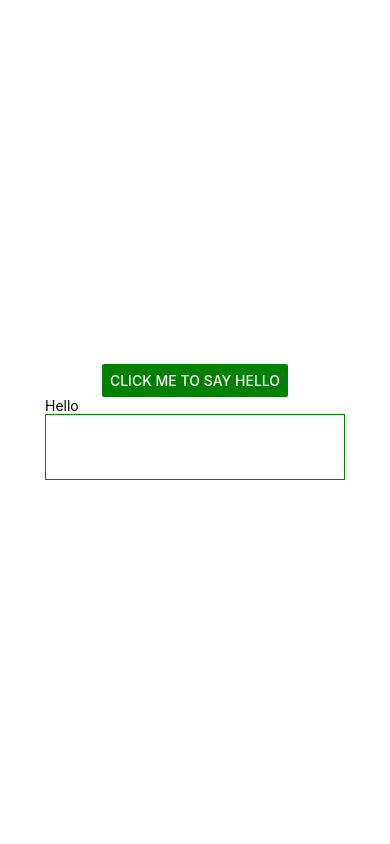
Repository: duongnoob23/WIND_SPEED_IOT
Screen: /Portfolio
An editor plug-in stored every save of this project. The screen is shown before and after the next save, followed by the edit.
The app was drawn by React Native's web renderer in a window 390 px wide. The project was rebuilt for these pictures with package versions that can differ from the ones it lists, and the page was loaded fresh each time.

Above is the screen before, as saved 2025-03-10 21:58:26.

### App.tsx
import { StatusBar } from "expo-status-bar";
import { useState } from "react";
import { StyleSheet, Text, View, Button, TextInput } from "react-native";

export default function App() {
  const [count, setCount] = useState<number>(0);
  const [name, setName] = useState<string>("");
  const handleIncrease = () => {
    setCount(count + 1);
  };

  console.log(">>> check count", count);
  return (
    <View style={css.frontEnd}>
      <StatusBar style="auto" />
      <Button
        title="Click me to say hello"
        onPress={handleIncrease}
        color="green"
      />
      <View>
        <Text>Hello {name}</Text>
        <TextInput
          multiline
          style={css.border}
          onChangeText={(e) => setName(e)}
          value={name}
          keyboardType="numeric"
        />
      </View>
    </View>
  );
}

const css = StyleSheet.create({
  frontEnd: {
    flex: 1,
    backgroundColor: "white",
    display: "flex",
    justifyContent: "center",
    alignItems: "center",
  },

  border: {
    borderColor: "green",
    borderWidth: 1,
    width: 300,
    padding: 15,
  },
});

### src/page/DashBoard/DashBoard.tsx
import { StyleSheet, Text, View, Button, TextInput } from "react-native";
const DashBoard = () => {
  return (
    <>
      <Text>Hello</Text>
    </>
  );
};

export default DashBoard;

After the next save:
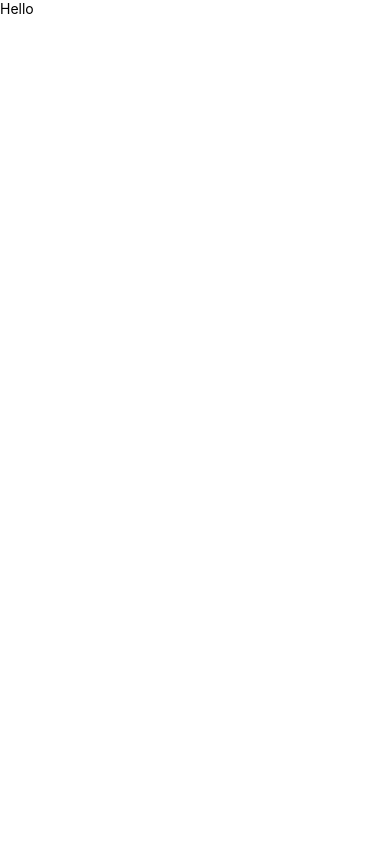
Saved 29 s later.
--- a/App.tsx
+++ b/App.tsx
@@ -1,6 +1,7 @@
 import { StatusBar } from "expo-status-bar";
 import { useState } from "react";
 import { StyleSheet, Text, View, Button, TextInput } from "react-native";
+import DashBoard from "./src/page/DashBoard/DashBoard";
 
 export default function App() {
   const [count, setCount] = useState<number>(0);
@@ -11,23 +12,26 @@
 
   console.log(">>> check count", count);
   return (
-    <View style={css.frontEnd}>
-      <StatusBar style="auto" />
-      <Button
-        title="Click me to say hello"
-        onPress={handleIncrease}
-        color="green"
-      />
-      <View>
-        <Text>Hello {name}</Text>
-        <TextInput
-          multiline
-          style={css.border}
-          onChangeText={(e) => setName(e)}
-          value={name}
-          keyboardType="numeric"
-        />
-      </View>
+    // <View style={css.frontEnd}>
+    //   <StatusBar style="auto" />
+    //   <Button
+    //     title="Click me to say hello"
+    //     onPress={handleIncrease}
+    //     color="green"
+    //   />
+    //   <View>
+    //     <Text>Hello {name}</Text>
+    //     <TextInput
+    //       multiline
+    //       style={css.border}
+    //       onChangeText={(e) => setName(e)}
+    //       value={name}
+    //       keyboardType="numeric"
+    //     />
+    //   </View>
+    // </View>
+    <View>
+      <DashBoard />
     </View>
   );
 }

After the save that followed:
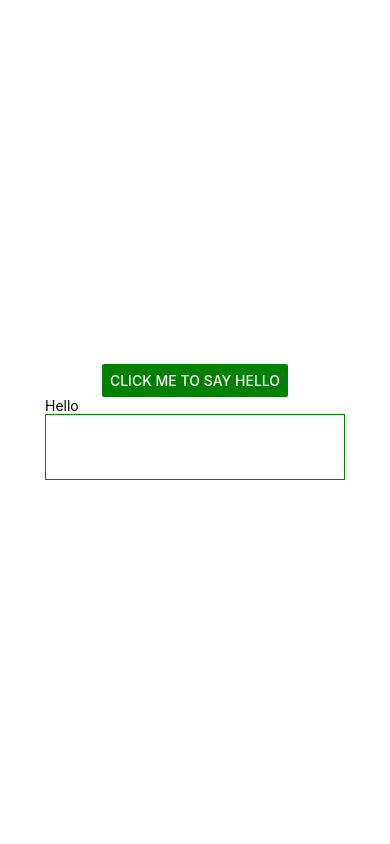
Saved 6 min 16 s later.
--- a/App.tsx
+++ b/App.tsx
@@ -12,27 +12,27 @@
 
   console.log(">>> check count", count);
   return (
-    // <View style={css.frontEnd}>
-    //   <StatusBar style="auto" />
-    //   <Button
-    //     title="Click me to say hello"
-    //     onPress={handleIncrease}
-    //     color="green"
-    //   />
-    //   <View>
-    //     <Text>Hello {name}</Text>
-    //     <TextInput
-    //       multiline
-    //       style={css.border}
-    //       onChangeText={(e) => setName(e)}
-    //       value={name}
-    //       keyboardType="numeric"
-    //     />
-    //   </View>
+    <View style={css.frontEnd}>
+      <StatusBar style="auto" />
+      <Button
+        title="Click me to say hello"
+        onPress={handleIncrease}
+        color="green"
+      />
+      <View>
+        <Text>Hello {name}</Text>
+        <TextInput
+          multiline
+          style={css.border}
+          onChangeText={(e) => setName(e)}
+          value={name}
+          keyboardType="numeric"
+        />
+      </View>
+    </View>
+    // <View>
+    //   <DashBoard />
     // </View>
-    <View>
-      <DashBoard />
-    </View>
   );
 }
 
